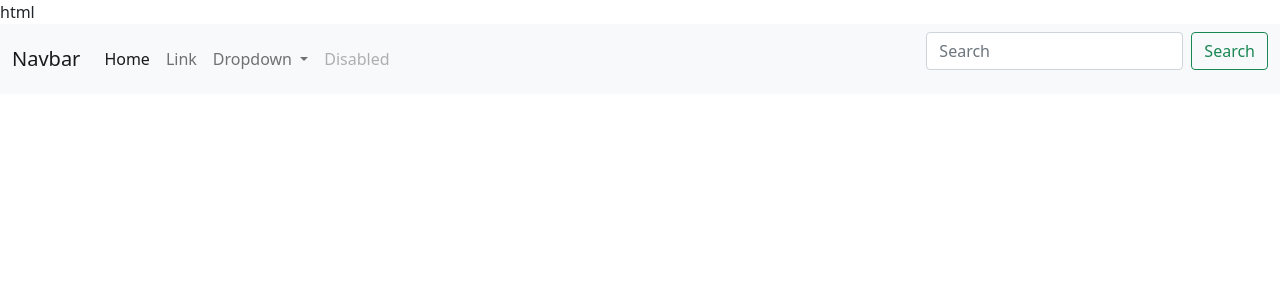
Repository: shazid98/shazid_webpage
Page: index.html
An editor plug-in stored every save of this project. The page is shown before and after the next save, followed by the edit.
The browser window is 1280 px wide. The pictures show the whole page.

Above is the page before, as saved 2022-07-04 15:36:44.

### index.html
html <!DOCTYPE html>
<!--[if lt IE 7]>      <html class="no-js lt-ie9 lt-ie8 lt-ie7"> <![endif]-->
<!--[if IE 7]>         <html class="no-js lt-ie9 lt-ie8"> <![endif]-->
<!--[if IE 8]>         <html class="no-js lt-ie9"> <![endif]-->
<!--[if gt IE 8]>      <html class="no-js"> <![endif]-->
<html>
    <head>
        <meta charset="utf-8">
        <meta http-equiv="X-UA-Compatible" content="IE=edge">
        <title></title>
        <meta name="description" content="">
        <meta name="viewport" content="width=device-width, initial-scale=1">
        <link rel="stylesheet" href="style.css">
        <link href="https://cdn.jsdelivr.net/npm/bootstrap@5.0.2/dist/css/bootstrap.min.css" rel="stylesheet" integrity="sha384-EVSTQN3/azprG1Anm3QDgpJLIm9Nao0Yz1ztcQTwFspd3yD65VohhpuuCOmLASjC" crossorigin="anonymous">
    <script src="https://cdn.jsdelivr.net/npm/bootstrap@5.0.2/dist/js/bootstrap.bundle.min.js" integrity="sha384-MrcW6ZMFYlzcLA8Nl+NtUVF0sA7MsXsP1UyJoMp4YLEuNSfAP+JcXn/tWtIaxVXM" crossorigin="anonymous"></script>
    </head>
    <body>
        <!--[if lt IE 7]>
            <p class="browsehappy">You are using an <strong>outdated</strong> browser. Please <a href="#">upgrade your browser</a> to improve your experience.</p>
        <![endif]-->
        <nav class="navbar navbar-expand-lg navbar-light bg-light">
            <div class="container-fluid">
              <a class="navbar-brand" href="#">Navbar</a>
              <button class="navbar-toggler" type="button" data-bs-toggle="collapse" data-bs-target="#navbarSupportedContent" aria-controls="navbarSupportedContent" aria-expanded="false" aria-label="Toggle navigation">
                <span class="navbar-toggler-icon"></span>
              </button>
              <div class="collapse navbar-collapse" id="navbarSupportedContent">
                <ul class="navbar-nav me-auto mb-2 mb-lg-0">
                  <li class="nav-item">
                    <a class="nav-link active" aria-current="page" href="#">Home</a>
                  </li>
                  <li class="nav-item">
                    <a class="nav-link" href="#">Link</a>
                  </li>
                  <li class="nav-item dropdown">
                    <a class="nav-link dropdown-toggle" href="#" id="navbarDropdown" role="button" data-bs-toggle="dropdown" aria-expanded="false">
                      Dropdown
                    </a>
                    <ul class="dropdown-menu" aria-labelledby="navbarDropdown">
                      <li><a class="dropdown-item" href="#">Action</a></li>
                      <li><a class="dropdown-item" href="#">Another action</a></li>
                      <li><hr class="dropdown-divider"></li>
                      <li><a class="dropdown-item" href="#">Something else here</a></li>
                    </ul>
                  </li>
                  <li class="nav-item">
                    <a class="nav-link disabled" href="#" tabindex="-1" aria-disabled="true">Disabled</a>
                  </li>
                </ul>
                <form class="d-flex">
                  <input class="form-control me-2" type="search" placeholder="Search" aria-label="Search">
                  <button class="btn btn-outline-success" type="submit">Search</button>
                </form>
              </div>
            </div>
          </nav>

        <script src="" async defer></script>
    </body>
</html>

Loaded but not shown: style.css (no stored copy; drawn as an empty file)

After the next save:
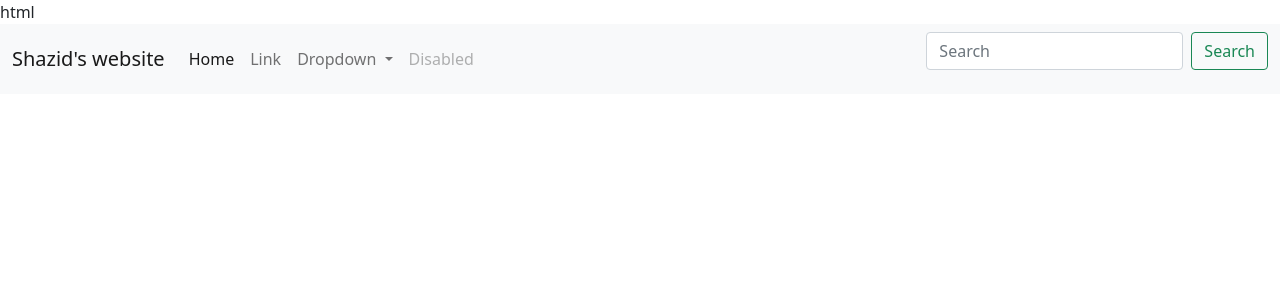
Saved 2 min 2 s later.
--- a/index.html
+++ b/index.html
@@ -20,7 +20,7 @@
         <![endif]-->
         <nav class="navbar navbar-expand-lg navbar-light bg-light">
             <div class="container-fluid">
-              <a class="navbar-brand" href="#">Navbar</a>
+              <a class="navbar-brand" href="#">Shazid's website</a>
               <button class="navbar-toggler" type="button" data-bs-toggle="collapse" data-bs-target="#navbarSupportedContent" aria-controls="navbarSupportedContent" aria-expanded="false" aria-label="Toggle navigation">
                 <span class="navbar-toggler-icon"></span>
               </button>
